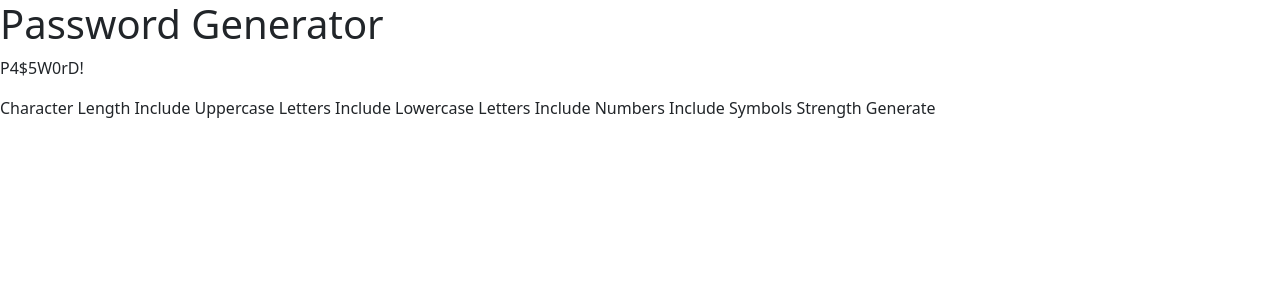
Repository: blordeus/password-generator-app
Page: starter-code/index.html
The author's editor kept a copy of each file at every save. The page is drawn from the files as they stood at one save, then again after the next save.
The browser window is 1280 px wide. The pictures show the whole page.

Above is the page before, as saved 2023-10-05 15:52:23.

After the next save:
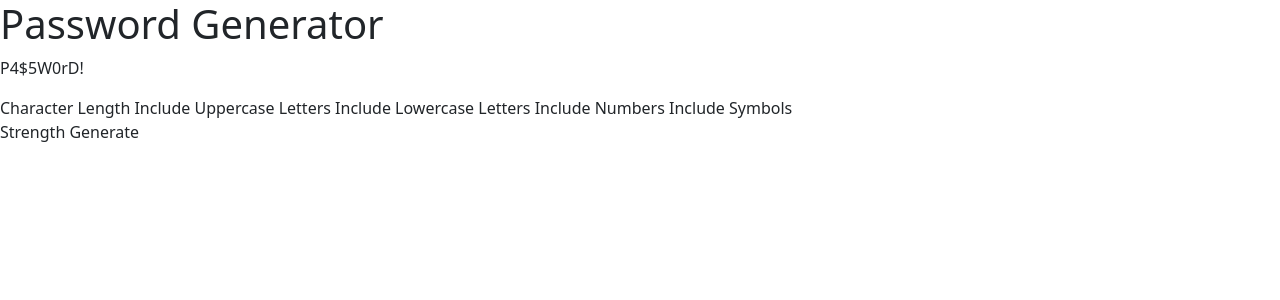
Saved 13 s later.
--- a/starter-code/index.html
+++ b/starter-code/index.html
@@ -16,13 +16,13 @@
 
     <p>P4$5W0rD!</p>
 
-    Character Length
-
-    Include Uppercase Letters
-    Include Lowercase Letters
-    Include Numbers
-    Include Symbols
-
+    <div>
+      Character Length
+      Include Uppercase Letters
+      Include Lowercase Letters
+      Include Numbers
+      Include Symbols
+    </div>
     Strength
 
     Generate
